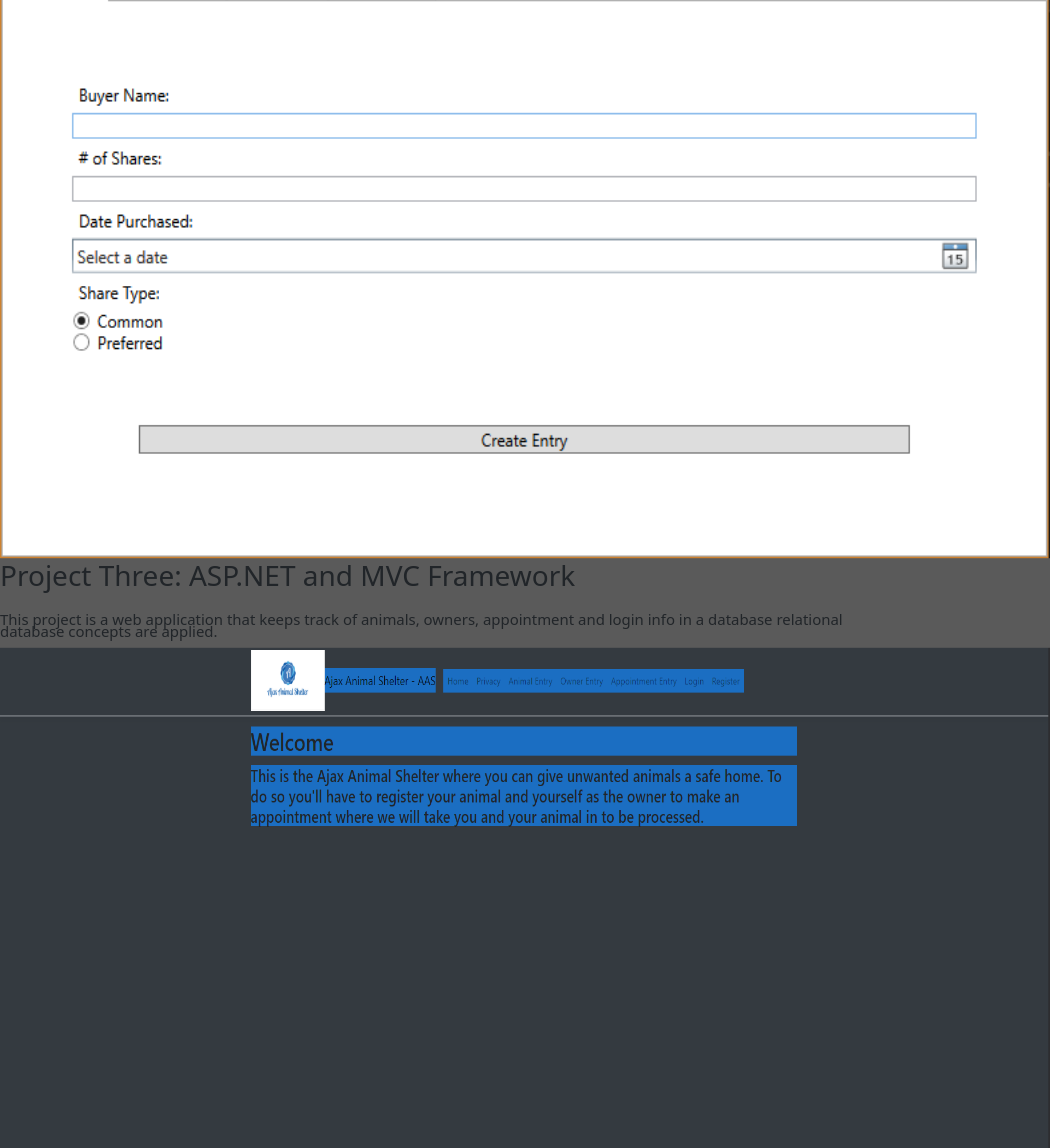
Repository: vans12345678/WEBD6201-W2021-Week3
Page: projects.html
An editor plug-in stored every save of this project. The page is shown before and after the next save, followed by the edit.
The browser window is 1280 px wide. The page is 1500 px wide, so the pictures cover 1500 px, including what lies to the right of the window. The pictures show the part of the page from y = 1389 to 3029 px (the page is 3230 px tall), at 70% of full size.

Above is the page before, as saved 2021-01-29 17:34:56.

After the next save:
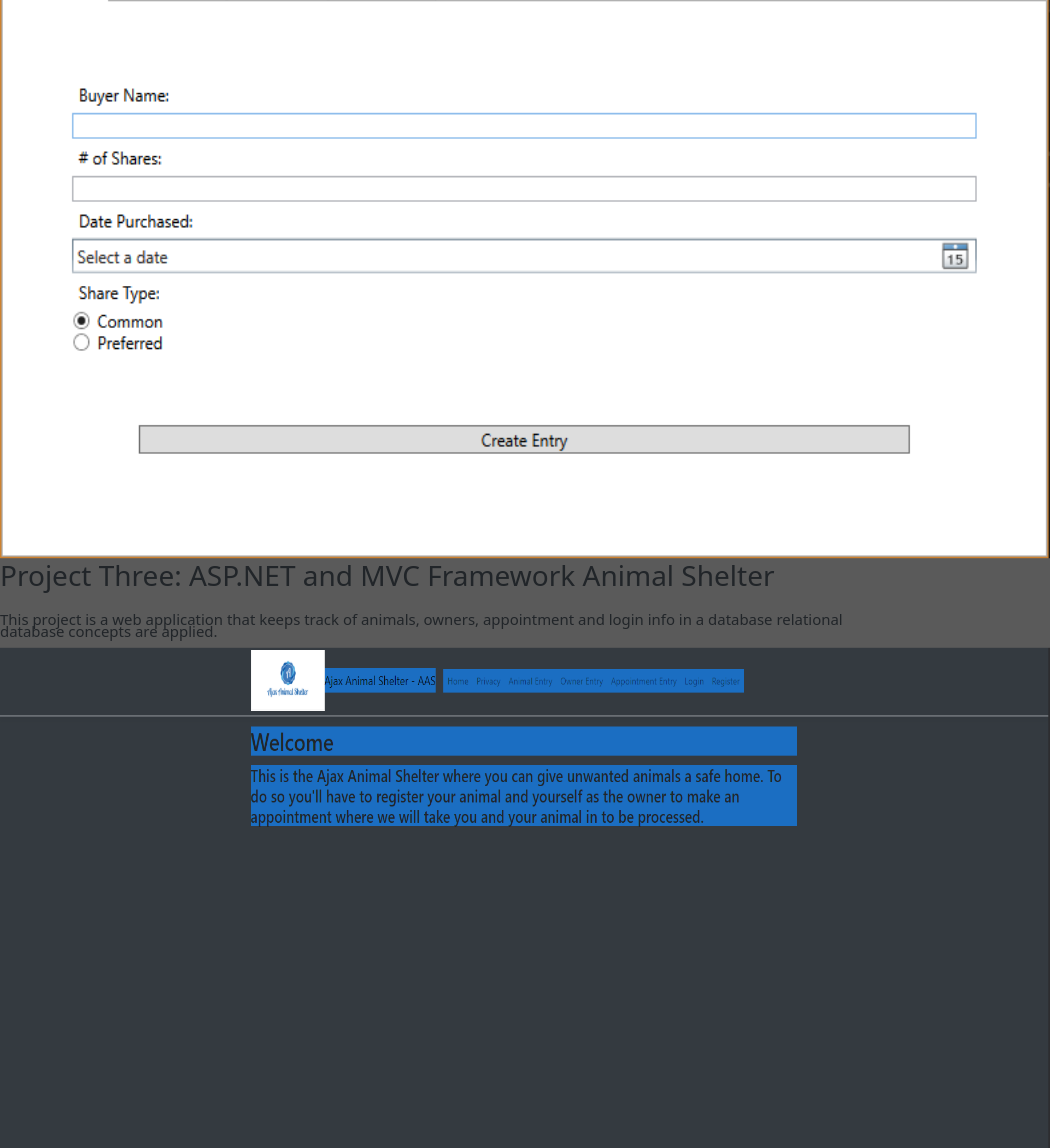
Saved 29 s later.
--- a/Scripts/app.js
+++ b/Scripts/app.js
@@ -33,7 +33,7 @@
         //Define text and id's
         let p1Text = "Project One: COBOL Item List";
         let p2Text = "Project Two: C#, XAML, MDF  Preferred Shares and Common Shares";
-        let p3Text = "Project Three: ASP.NET and MVC Framework";
+        let p3Text = "Project Three: ASP.NET and MVC Framework Animal Shelter";
         let p1Description = "This project reads records from a .dat file, performs calculations on the data" +
         " then outputs it to a .out file neatly formatted.";
         let p2Description = "This project uses XAML for the windows form and a database to keep track of common and preferred shares." +
